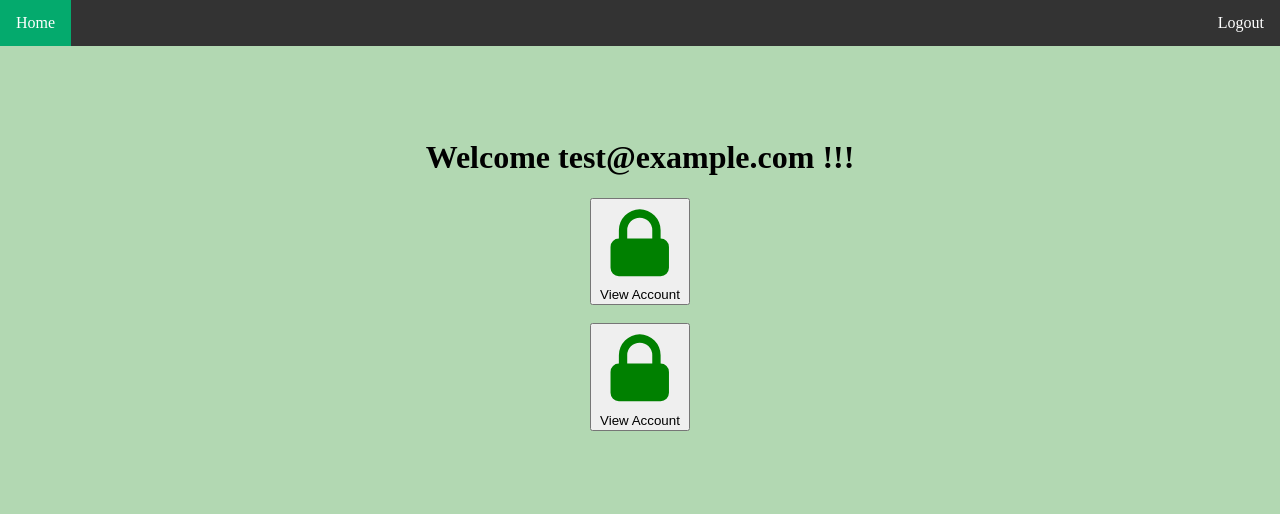
Repository: sach7691/original-book-store
Page: http://localhost/online-book-store-application/dashboard.jsp
An editor plug-in stored every save of this project. The page is shown before and after the next save, followed by the edit.
The browser window is 1280 px wide. The pictures show the whole page.
The page is served by Tomcat 9. The session is filled in as if someone had signed in: {"email": "test@example.com"}. Other server files are loaded and not shown.

Above is the page before, as saved 2022-08-31 19:55:10.

### online-book-store-application/src/main/webapp/dashboard.jsp

<%@ page language="java" contentType="text/html; charset=ISO-8859-1"
	pageEncoding="ISO-8859-1"%>
<%@ taglib uri="http://java.sun.com/jsp/jstl/core" prefix="c"%>
<!DOCTYPE html>
<html>
<head>
<meta charset="ISO-8859-1">
<meta name="viewport" content="width=device-width, initial-scale=1.0">
<title>Dashboard</title>
</head>
<body>
	<%

  response.setHeader("Cache-Control", "no-cache,no-store,must-revalidate"); //prevent back button after logout HTTP 1.1
  //HTTP 1.0 and if you use proxy seperatly should remove cache to prevent back button
   response.setHeader("Pragma","no-cache"); //HTTP 1.0
   response.setDateHeader ("Expires", 0);
  if(session.getAttribute("email")==null){
	response.sendRedirect("login.jsp");
}
%>
<style>


body
{
  margin: 0;
  background: rgba(0, 128, 0, 0.3);

}
 letter {
   color: #ea503f;
   font-family: Arial;
   float: center;
 }

ul.topnav {
  list-style-type: none;
  margin: 0;
  padding: 0;
  overflow: hidden;
  background-color: #333;
}

ul.topnav li {float: left;}

ul.topnav li a {
  display: block;
  color: white;
  text-align: center;
  padding: 14px 16px;
  text-decoration: none;
}

ul.topnav li a:hover:not(.active) {background-color: #111;}

ul.topnav li a.active {background-color: #04AA6D;}

ul.topnav li.right {float: right;}

@media screen and (max-width: 600px) {
  ul.topnav li.right,
  ul.topnav li {float: none;}
}
</style>
</head>
<body>
<form action="http://localhost:8080/online-book-store-application/LogoutCustomerServlet" method="GET">
<div>
<ul class="topnav">
  <li><a class="active" href="welcome.jsp">Home</a></li>
  <li class="right"><a href="login.jsp">Logout</a></li>
</ul>
<br>
<br>
<br>
<br>
</div>
</form>
<form action="http://localhost:8080/online-book-store-application/AccountDetailsServlet"  method="GET">

<%

session.getAttribute("email");
session.getAttribute("modifyCustomer");

%>
<center>
<div>
<p style="color: red;"><h1>Welcome ${email} !!!</h1></p>
</div>

 <input type="text" id="email" name="email" value= "${email}" hidden="" >
        <button type="submit" class="group relative w-full flex justify-center py-2 px-4 border border-transparent text-sm font-medium rounded-md text-white bg-green-600 hover:bg-green-700 focus:outline-none focus:ring-2 focus:ring-offset-2 focus:ring-indigo-500">
          <span class="absolute left-0 inset-y-0 flex items-center pl-3">
            <!-- Heroicon name: solid/lock-closed -->
            <svg class="h-5 w-5 text-indigo-500 group-hover:text-indigo-400" xmlns="http://www.w3.org/2000/svg" viewBox="0 0 20 20" fill="green" aria-hidden="true">
              <path fill-rule="evenodd" d="M5 9V7a5 5 0 0110 0v2a2 2 0 012 2v5a2 2 0 01-2 2H5a2 2 0 01-2-2v-5a2 2 0 012-2zm8-2v2H7V7a3 3 0 016 0z" clip-rule="evenodd" />
            </svg>
          </span>
          View Account
        </button>
 </form>
 <br>
  <br>
 <form action="http://localhost:8080/online-book-store-application/ModifyCustomerServlet"  method="POST">
  <button type="submit" class="group relative w-full flex justify-center py-2 px-4 border border-transparent text-sm font-medium rounded-md text-white bg-green-600 hover:bg-green-700 focus:outline-none focus:ring-2 focus:ring-offset-2 focus:ring-indigo-500">
          <span class="absolute left-0 inset-y-0 flex items-center pl-3">
            <!-- Heroicon name: solid/lock-closed -->
            <svg class="h-5 w-5 text-indigo-500 group-hover:text-indigo-400" xmlns="http://www.w3.org/2000/svg" viewBox="0 0 20 20" fill="green" aria-hidden="true">
              <path fill-rule="evenodd" d="M5 9V7a5 5 0 0110 0v2a2 2 0 012 2v5a2 2 0 01-2 2H5a2 2 0 01-2-2v-5a2 2 0 012-2zm8-2v2H7V7a3 3 0 016 0z" clip-rule="evenodd" />
            </svg>
          </span>
          View Account
        </button>
 </form>
</center>
</body>
</html>

After the next save:
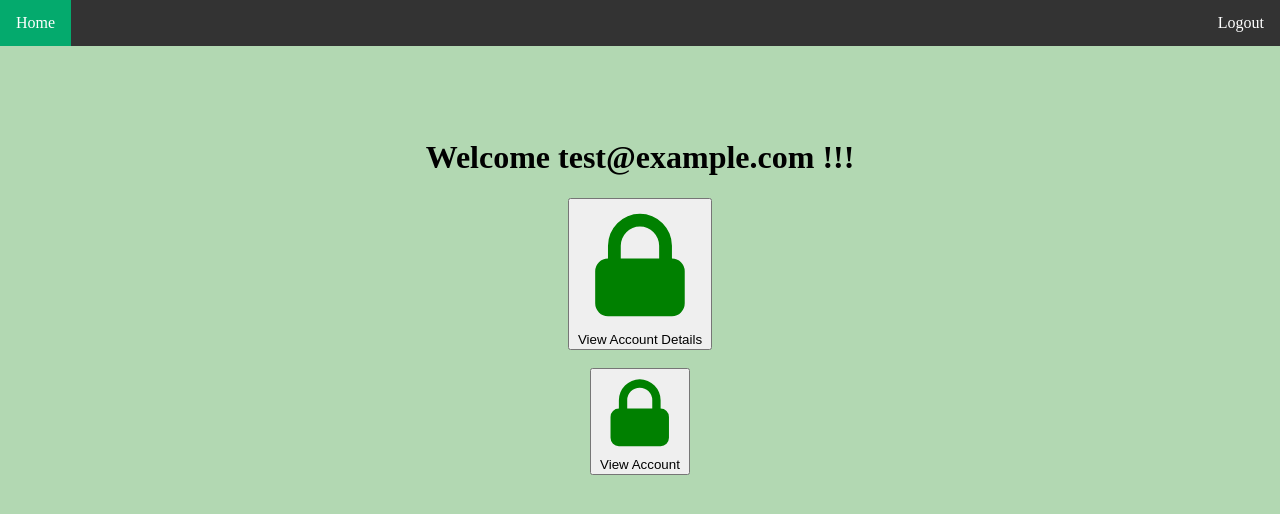
Saved 34 s later.
--- a/online-book-store-application/src/main/webapp/dashboard.jsp
+++ b/online-book-store-application/src/main/webapp/dashboard.jsp
@@ -99,7 +99,7 @@ session.getAttribute("modifyCustomer");
               <path fill-rule="evenodd" d="M5 9V7a5 5 0 0110 0v2a2 2 0 012 2v5a2 2 0 01-2 2H5a2 2 0 01-2-2v-5a2 2 0 012-2zm8-2v2H7V7a3 3 0 016 0z" clip-rule="evenodd" />
             </svg>
           </span>
-          View Account
+          View Account Details
         </button>
  </form>
  <br>
